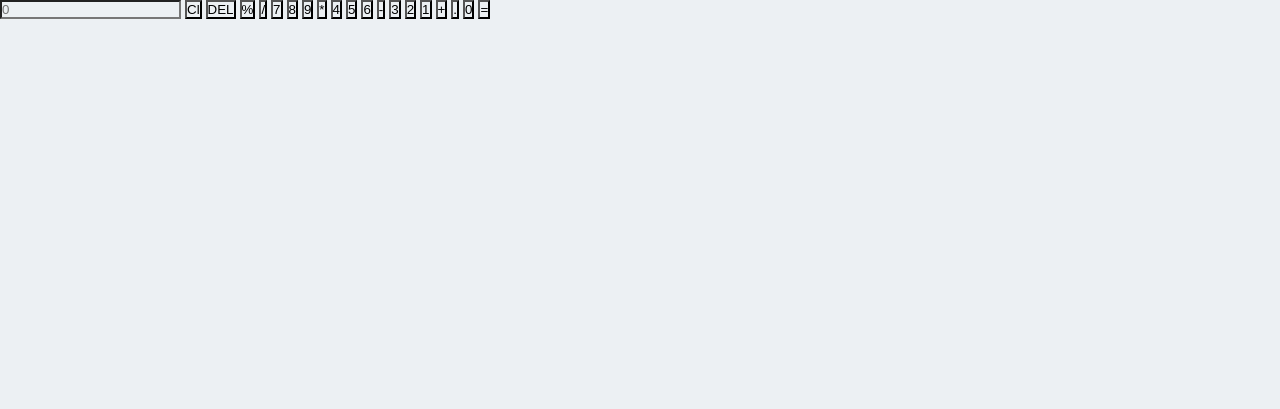
Repository: Mayur2905/OIBSIP
Page: Task-3/index.html
The author's editor kept a copy of each file at every save. The page is drawn from the files as they stood at one save, then again after the next save.
The browser window is 1280 px wide. The pictures show the whole page.

Above is the page before, as saved 2022-02-02 13:38:47.

After the next save:
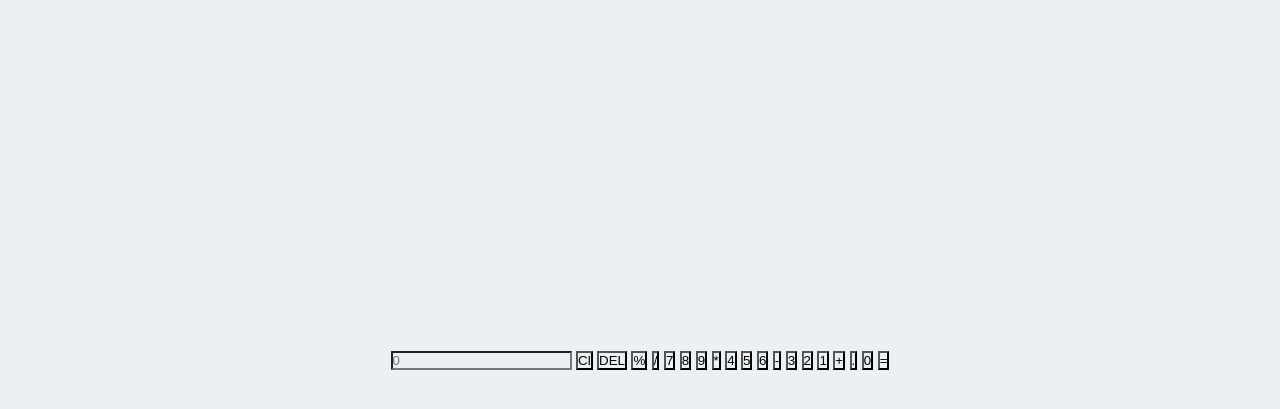
Saved 100 s later.
--- a/Task-3/style.css
+++ b/Task-3/style.css
@@ -3,4 +3,12 @@
   padding: 0;
   box-sizing: border-box;
   background-color: #ecf0f3;
+  font-family: sans-serif;
+  outline: none;
 }
+.container {
+  height: 100vh;
+  display: flex;
+  justify-content: center;
+  align-items: center;
+}
